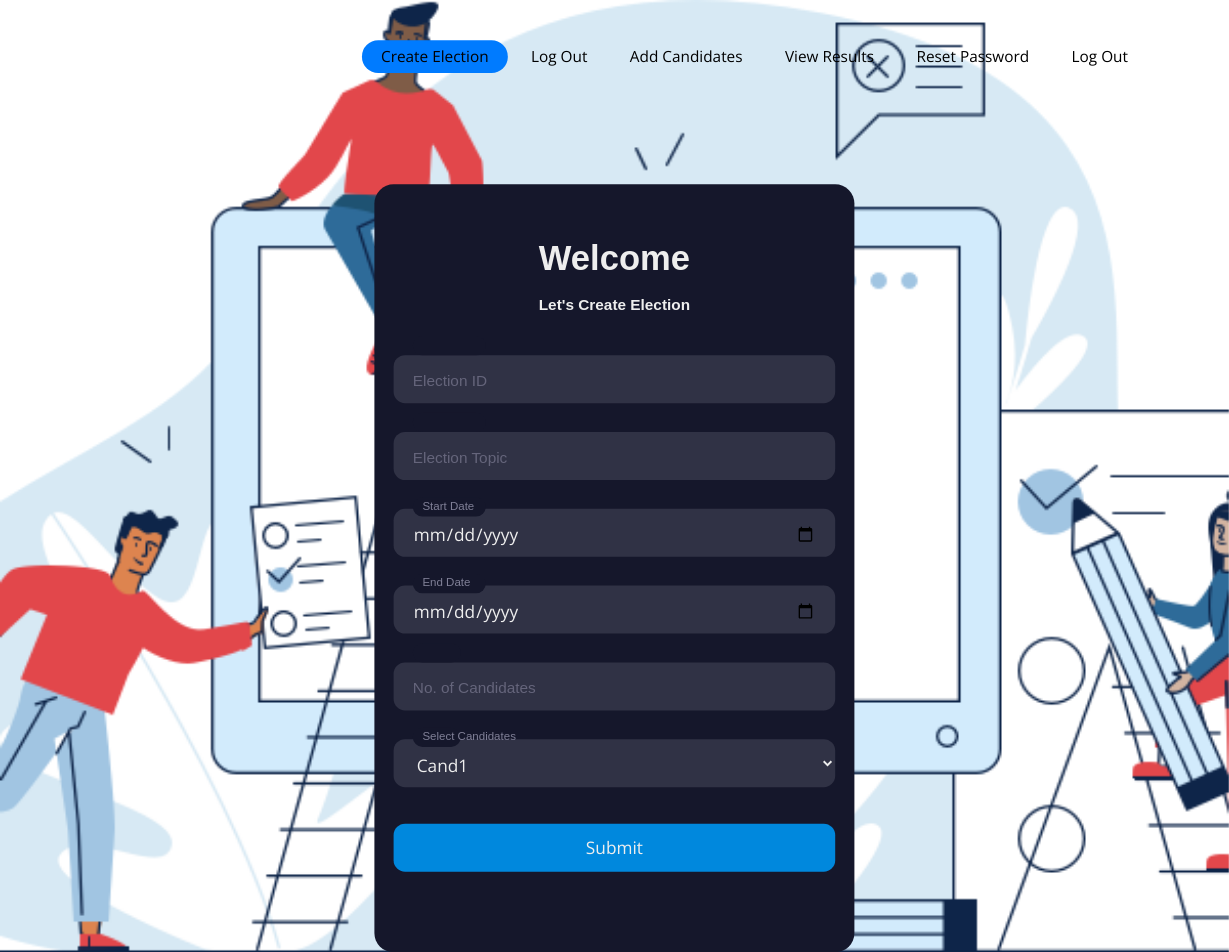
Repository: CS699-IITB-Autumn-2021/project-alpha_team
Page: http://localhost/admin.html
An editor plug-in stored every save of this project. The page is shown before and after the next save, followed by the edit.
The browser window is 1280 px wide. The pictures show the whole page, at 96% of full size.
The page is served by the project's application, run on Flask 3 (app.py).

Above is the page before, as saved 2021-10-26 12:56:12.
Console error: ReferenceError: $ is not defined

### IVote/templates/admin.html
<!doctype html>
<html lang="en">

<head>
  <!-- Required meta tags -->
  <meta charset="utf-8">
  <meta name="viewport" content="width=device-width, initial-scale=1, shrink-to-fit=no">

  <link href="https://fonts.googleapis.com/css?family=Open+Sans:300,400,700" rel="stylesheet">

  <link rel="stylesheet" href="static/fonts/icomoon/style.css">

  <link rel="stylesheet" href="static/css/owl.carousel.min.css">

  <!-- Bootstrap CSS -->
  <link rel="stylesheet" href="static/css/bootstrap.min.css">

  <!-- Style -->
  <link rel="stylesheet" href="static/css/style.css">

  <title>Admin</title>
</head>

<body>


  <div class="site-mobile-menu">
    <div class="site-mobile-menu-header">
      <div class="site-mobile-menu-close mt-3">
        <span class="icon-close2 js-menu-toggle"></span>
      </div>
    </div>
    <div class="site-mobile-menu-body"></div>
  </div>

  <header class="site-navbar" role="banner">

    <div class="container">
      <div class="row align-items-center">

        <div class="col-11 col-xl-2">
          <h1 class="mb-0 site-logo"><a href="admin.html" class="text-white mb-0">iVote</a></h1>
        </div>
        <div class="col-12 col-md-10 d-none d-xl-block">
          <nav class="site-navigation position-relative text-right" role="navigation">

            <ul class="site-menu js-clone-nav mr-auto d-none d-lg-block">
              <li class="active"><a href="admin.html"><span>Create Election</span></a></li>
              <li><a href="/logout"><span>Log Out</span></a></li>
              <li><a href="addcandidate.html"><span>Add Candidates</span></a></li>
              <li><a href="results.html"><span>View Results</span></a></li>
              <li><a href="forgotPassword.html"><span>Reset Password</span></a></li>
              <li><a href="/logout"><span>Log Out</span></a></li>
            </ul>
          </nav>
        </div>


        <div class="d-inline-block d-xl-none ml-md-0 mr-auto py-3" style="position: relative; top: 3px;"><a href="#"
            class="site-menu-toggle js-menu-toggle text-white"><span class="icon-menu h3"></span></a></div>

      </div>

    </div>
    </div>

  </header>

  <div class="hero" style="background-image: url('static/images/hero.9dd292ee.png');"></div>
  <div class="position" align="center">
    <div class="form">
      <div class="title">Welcome</div>
      <div class="subtitle">Let's Create Election</div>
      <div class = "message">
        {% if msg %}
        {{msg}}
        {% endif %}
      </div>
      <form action="/admin.html" method="POST">
        <div class="input-container ic1">
          <input id="id" class="input" type="number" name="id" min="0" placeholder=" " />
          <div class="cut"></div>
          <label for="id" class="placeholder">Election ID</label>
        </div>
        <div class="input-container ic2">
          <input id="topic" class="input" name="topic" type="text" placeholder=" " />
          <div class="cut"></div>
          <label for="topic" class="placeholder">Election Topic</label>
        </div>
        <div class="input-container ic2">
          <input id="date" class="input" type="date" name="startdate" placeholder=" " />
          <div class="cut"></div>
          <label for="date" class="placeholder">Start Date</label>
        </div>
        <div class="input-container ic2">
          <input id="date" class="input" type="date" name="enddate" placeholder=" " />
          <div class="cut"></div>
          <label for="date" class="placeholder">End Date</label>
        </div>
        <div class="input-container ic2">
          <input id="candidate" class="input" name="numcand" type="number" min="0" placeholder=" " />
          <div class="cut cut-short"></div>
          <label for="candidate" class="placeholder">No. of Candidates </label>
        </div>
        <div class="input-container ic2">
          <select id="select" class="mul" name="select" placeholder=" ">
            <option value="Cand1">Cand1</option>
            <option value="Cand2">Cand2</option>
            <option value="Cand3">Cand3</option>
            <option value="Cand4">Cand4</option>
          </select>
          <div class="cut cut-short"></div>
          <label for="select" class="placeholder">Select Candidates </label>
        </div>
        <button type="submit" class="submit" value="Submit">Submit</button>
      </form>
    </div>
  </div>


  <script type="text/javascript">
    $('#select').multiselect();
  </script>
  <script src="static/js/jquery-3.3.1.min.js"></script>
  <script src="static/js/popper.min.js"></script>
  <script src="static/js/bootstrap.min.js"></script>
  <script src="static/js/jquery.sticky.js"></script>
  <script src="static/js/main.js"></script>
</body>

</html>

### IVote/app.py
from posixpath import lexists
import sqlite3
import os.path
from flask import Flask, render_template, request,redirect,session
from flask.helpers import url_for
from datetime import date
from datetime import datetime
from pathlib import Path
from werkzeug.utils import redirect

app = Flask(__name__)
app.secret_key="ivote"

conn = sqlite3.connect("ivote.db")
c = conn.cursor()
c.execute("CREATE TABLE IF NOT EXISTS Voters(name TEXT,email TEXT,cardno TEXT,password TEXT,voted TEXT)")
c.execute("CREATE TABLE IF NOT EXISTS admin(email TEXT,password TEXT)")
c.execute("CREATE TABLE IF NOT EXISTS election(electionid INTEGER,topic TEXT,startdate TEXT,enddate TEXT,numcand INTEGER,candidate TEXT)")
c.execute("CREATE TABLE IF NOT EXISTS candidate(name TEXT,electionid INTEGER,candidateid TEXT,age INTEGER,mobno INTEGER,email TEXT)")
c.execute("CREATE TABLE IF NOT EXISTS result(election_id Text,cand_id Text, noofvotes Number)")
c.execute("SELECT electionid FROM election")
r = c.fetchall()
for i in r:
    fle = Path("static/blockchain/"+str(i[0])+".txt")
    c.execute("CREATE TABLE IF NOT EXISTS election"+str(i[0])+"(secret_code TEXT ,name_of_blockchain TEXT,voter_id TEXT,vote_given TEXT)")
    fle.touch(exist_ok=True)
    f = open(fle)

conn.commit()
conn.close()


@app.route('/',methods=['GET','POST'])
def login():
    r = ""
    if request.method=="POST":
        email = request.form["email"]
        password = request.form["password"]
        conn = sqlite3.connect("ivote.db")
        c = conn.cursor()
        c.execute("SELECT * FROM Voters WHERE email='"+email+"' and password='"+password+"'")
        r = c.fetchall()
        for i in r:
            if email==i[1] and password == i[3]:
                #session[]
                return redirect(url_for("voter"))

    return render_template('home.html')


@app.route('/signup.html',methods=['GET','POST'])
def signup():
    if request.method=="POST":
        name = request.form["name"]
        email = request.form["email"]
        cardno = request.form["id"]
        password = request.form["password"]
        confirm = request.form["confirm"]
        if password==confirm:
            conn = sqlite3.connect("ivote.db")
            c = conn.cursor()
            c.execute("INSERT INTO Voters VALUES('"+name+"','"+email+"','"+cardno+"','"+password+"')")
            conn.commit()
            conn.close()
            return  render_template('login.html')
    return  render_template('signup.html')

@app.route('/Login.html',methods=['GET','POST'])
def adminlogin():
    r = ""
    if request.method=="POST":
        email = request.form["email"]
        password = request.form["password"]
        conn = sqlite3.connect("ivote.db")
        c = conn.cursor()
        c.execute("SELECT * FROM admin WHERE email='"+email+"' and password='"+password+"'")
        r = c.fetchall()
        for i in r:
            if email==i[0] and password == i[1]:
                return redirect(url_for("admin"))
    return  render_template('Login.html')


@app.route('/forgotPassword.html',methods=['GET','POST'])
def forgot():
    return  render_template('forgotPassword.html')


@app.route('/admin.html',methods = ['GET','POST'])
def admin():
    msg = None
    if request.method=="POST":
        id = request.form['id']
        topic = request.form['topic']
        start = request.form['startdate']
        end = request.form['enddate']
        numcand = request.form['numcand']
        select = request.form['select']
        conn = sqlite3.connect("ivote.db")
        c = conn.cursor()
        c.execute("SELECT * from election WHERE electionid = '"+id+"'")
        r = c.fetchall()
        if len(r)>=1:
            msg = "Election with this id already exist"
        else :
            c.execute("INSERT INTO election VALUES('"+id+"','"+topic+"','"+start+"','"+end+"','"+numcand+"','"+select+"')")
            conn.commit()
            conn.close()
            msg = "Election created"
    return render_template('admin.html',msg = msg)

@app.route("/addcandidate.html",methods = ['GET','POST'])
def add():
    if request.method=="POST":
        name = request.form['name1']
        id = request.form['id']
        candid = request.form['candid']
        age = request.form['age']
        mobile = request.form['mobile']
        email = request.form['email']
        conn = sqlite3.connect("ivote.db")
        c = conn.cursor()
        c.execute("INSERT INTO candidate VALUES('"+name+"','"+id+"','"+candid+"','"+age+"','"+mobile+"','"+email+"')")
        conn.commit()
        conn.close()
    return render_template('addcandidate.html')



@app.route("/results.html",methods=['GET','POST'])
def result():
    msg = None
    print("Working")
    if request.method=="POST":

        id = request.form['id']
        conn = sqlite3.connect("ivote.db")
        c = conn.cursor()
        c.execute("SELECT * from election WHERE electionid = '"+id+"'")
        r = c.fetchall()
        if len(r) >= 1:
            print("Working")
            return redirect(url_for("viewresults",id = id))

        else:
            msg = "Please enter correct ID"
    return render_template('results.html',msg = msg)

@app.route("/election",methods=['GET','POST'])
def election():
    id = request.form.get("id",None)
    return render_template('election.html')


@app.route("/voter.html",methods=['GET','POST'])
def voter():
    if request.method=="POST":
        id = request.form['id']
        conn = sqlite3.connect("ivote.db")
        c = conn.cursor()
        c.execute("SELECT * from election WHERE electionid = '"+id+"'")
        r = c.fetchall()
        if len(r) >= 1:
            return redirect(url_for("election",id = id))
    return render_template('voter.html')

@app.route("/voterresult.html")
def results():
    msg = None
    print("Working")
    if request.method=="POST":

        id = request.form['id']
        conn = sqlite3.connect("ivote.db")
        c = conn.cursor()
        c.execute("SELECT * from election WHERE electionid = '"+id+"'")
        r = c.fetchall()
        if len(r) >= 1:
            print("Working")
            return redirect(url_for("viewresults",id = id))

        else:
            msg = "Please enter correct ID"
    return render_template("voterresult.html",msg=msg)


@app.route("/view",methods=["GET","POST"])
def viewresults():
    id = request.form.get('id',None)
    print(id)
    return render_template("view.html")


@app.route("/logout")
def logout():
    return redirect(url_for("login "))

@app.route("/viewblockchain.html")
def viewblockchain():
    conn = sqlite3.connect("ivote.db")
    c = conn.cursor()
    c.execute("SELECT electionid FROM election")
    r = c.fetchall()
    allbc=[]
    for i in r:
        fle = Path("static/blockchain/"+str(i[0])+".txt")
        allbc.append("static/blockchain/"+str(i[0])+".txt")
        fle.touch(exist_ok=True)
        f = open(fle)
    conn.commit()
    conn.close()
    return render_template('viewblockchain.html',allbc=allbc,r=r)
if __name__=="__main__":
    app.run(debug=True)

### IVote/static/blockchain/1.txt
dsfef

### IVote/static/blockchain/2.txt


 id=1234
 myhash=967507e9a11d0e896d3ba906af89534cd4bd4ee4252bc8703def6f363402cd26
 prevhash=0
 time=Wed Oct 27 14:02:54 2021

 id=123455
 myhash=95343ca67e3e242d9cf5d56a87234376eb2e5b5792e8c636fbdfd39655d0117f
 prevhash=967507e9a11d0e896d3ba906af89534cd4bd4ee4252bc8703def6f363402cd26
 time=Wed Oct 27 14:04:32 2021

### IVote/static/blockchain/5.txt


 id=123455
 myhash=b0814f664ae2543f1c75914ef42a36e5a659c1bbb252c5f9f642836df09e2d6b
 prevhash=0
 time=Wed Oct 27 14:17:14 2021

Loaded but not shown: IVote/static/fonts/icomoon/style.css (common file); IVote/static/css/owl.carousel.min.css (library); IVote/static/css/bootstrap.min.css (library); IVote/static/js/jquery-3.3.1.min.js (library); IVote/static/js/popper.min.js (library); IVote/static/js/bootstrap.min.js (library); IVote/static/js/jquery.sticky.js (library); IVote/static/js/main.js (88 lines, source omitted); IVote/static/css/style.css (492 lines, source omitted)

After the next save:
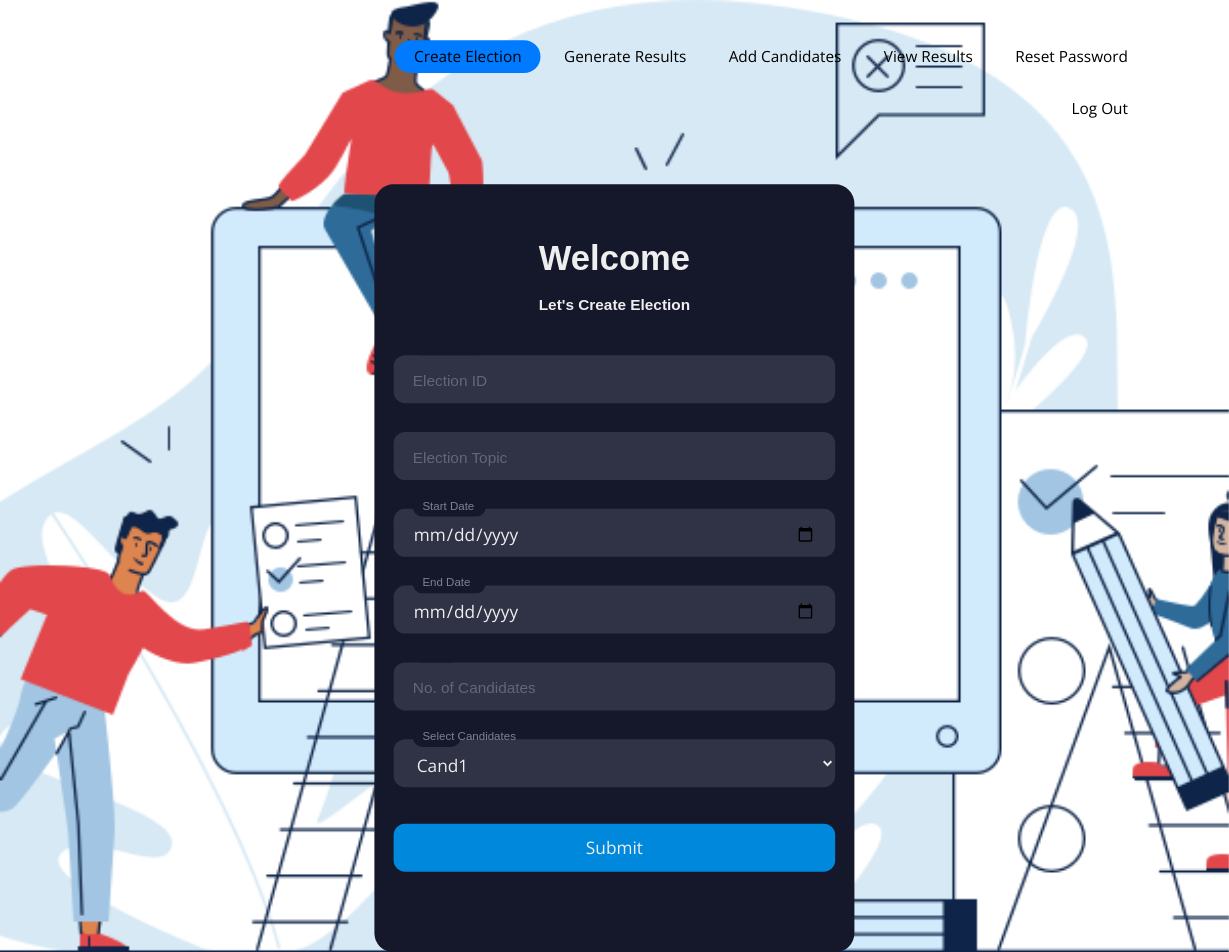
Saved 37 s later.
--- a/IVote/templates/admin.html
+++ b/IVote/templates/admin.html
@@ -46,7 +46,7 @@
 
             <ul class="site-menu js-clone-nav mr-auto d-none d-lg-block">
               <li class="active"><a href="admin.html"><span>Create Election</span></a></li>
-              <li><a href="/logout"><span>Log Out</span></a></li>
+              <li><a href="/logout"><span>Generate Results</span></a></li>
               <li><a href="addcandidate.html"><span>Add Candidates</span></a></li>
               <li><a href="results.html"><span>View Results</span></a></li>
               <li><a href="forgotPassword.html"><span>Reset Password</span></a></li>
